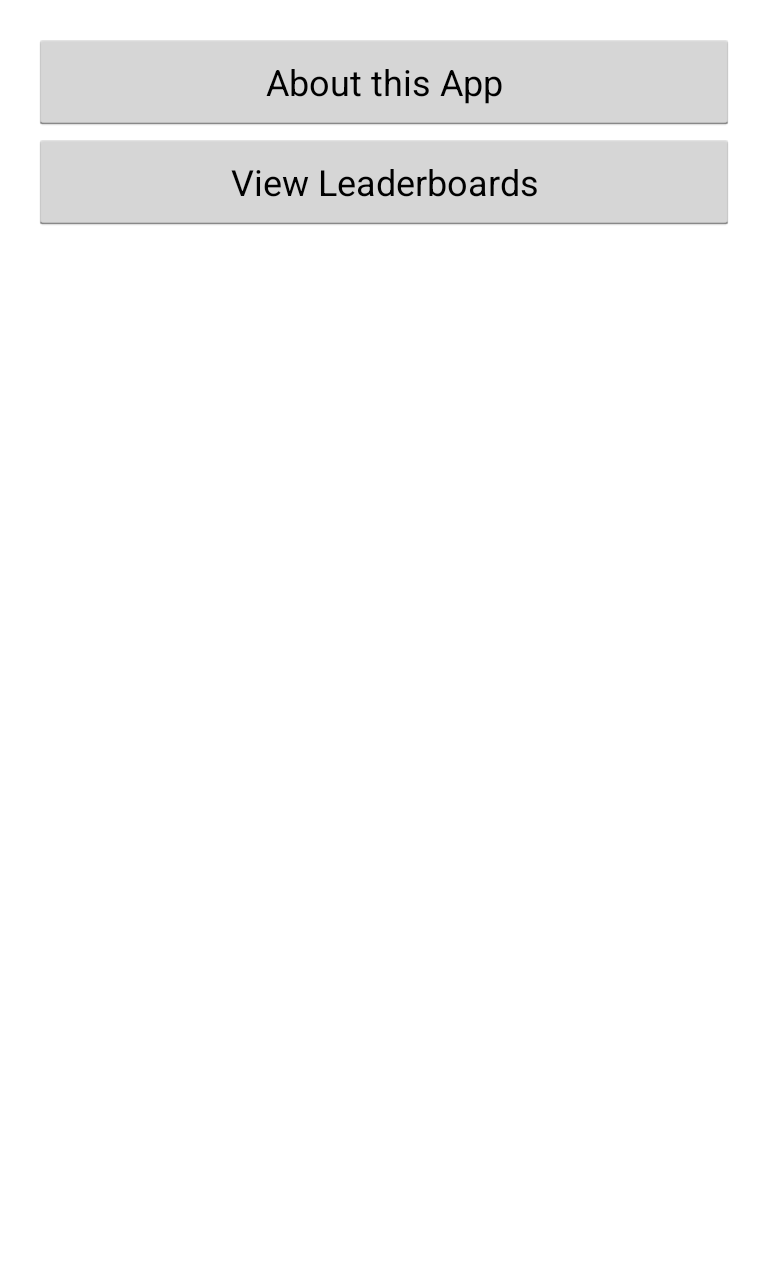
Repository: colincove/IAT381-Android
Layout: UrbanWarLeaderboards/res/layout/activity_title_screen.xml
These files come from the project's save history. The layout is drawn as it stood at one moment and after a run of saves; the edit follows.
It is drawn on a 768 x 1280 px phone screen (xhdpi) without system bars, with theme AppTheme; the app's code is not run.

Above is the layout before, as saved 2013-09-06 16:20:29.

After the next 3 saves:
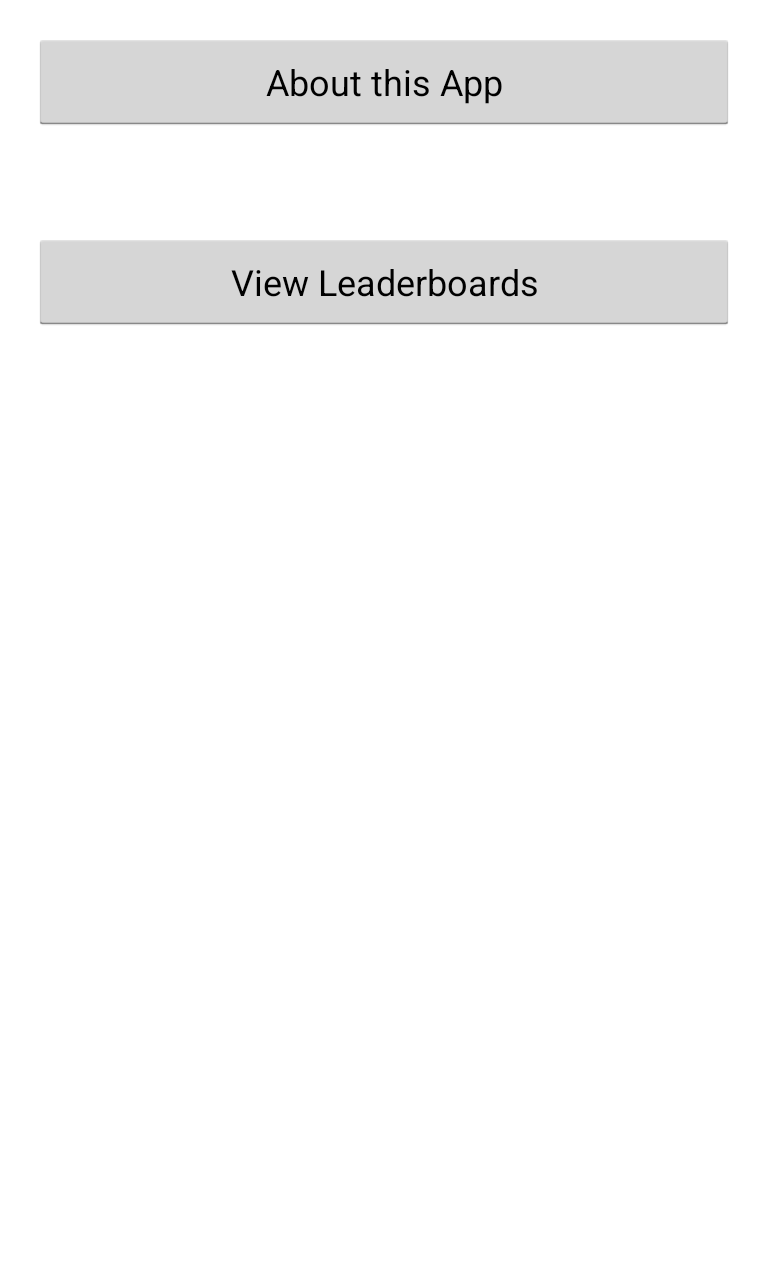
The 3 saves are shown as one change because they came seconds apart.
The last was saved 23 s later.
--- a/UrbanWarLeaderboards/res/layout/activity_title_screen.xml
+++ b/UrbanWarLeaderboards/res/layout/activity_title_screen.xml
@@ -11,6 +11,7 @@
 
 		<Button
 		    android:text="@string/about"
+		    android:layout_marginBottom="@dimen/menu_btn_margin"
 		    android:layout_width="match_parent"
 		    android:layout_height="@dimen/menu_btn_h" />
 		<Button
